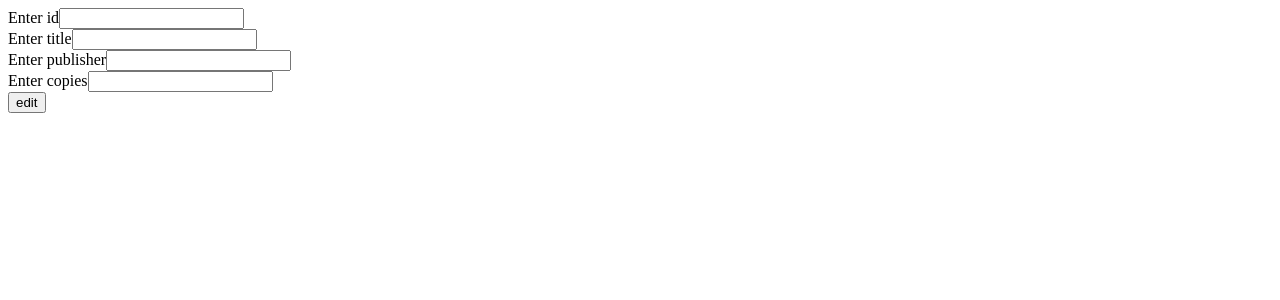
Repository: prashantvadlamani/Library-Management-System
Page: http://localhost/myweb/edit.jsp
The author's editor kept a copy of each file at every save. The page is drawn from the files as they stood at one save, then again after a run of saves.
The browser window is 1280 px wide. The pictures show the whole page.
The page is served by Tomcat 9.

Above is the page before, as saved 2018-08-16 11:11:19.

After the next 2 saves:
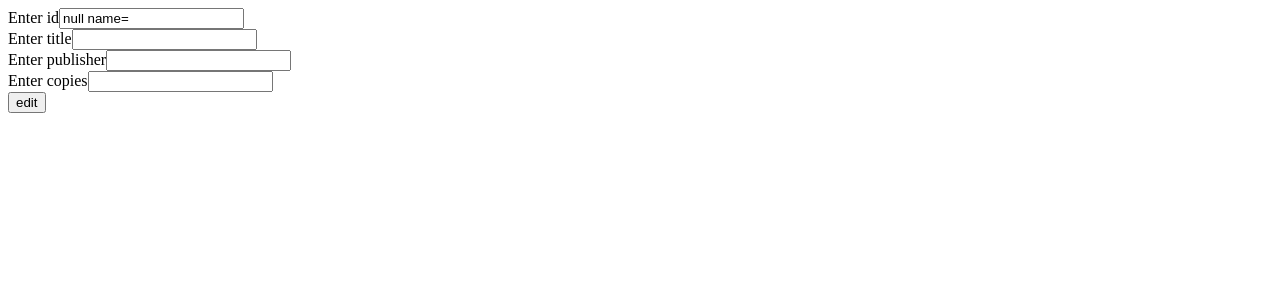
The 2 saves are shown as one change because 1 did not build or start.
The last was saved 97 s later.
--- a/myweb/WebContent/edit.jsp
+++ b/myweb/WebContent/edit.jsp
@@ -8,7 +8,7 @@
 </head>
 <body>
 	<form  method="POST" action="Edit">
-		Enter id<input type="number" readonly value="<%=request.getParameter("id")%>"><br>
+		Enter id<input type="text" readonly value="<%=request.getParameter("id")%> name="bid"><br>
 		Enter title<input type="text" name="title"><br>
 		Enter publisher<input type="text" name="publisher"><br>
 		Enter copies<input type="text" name="copies"><br>
